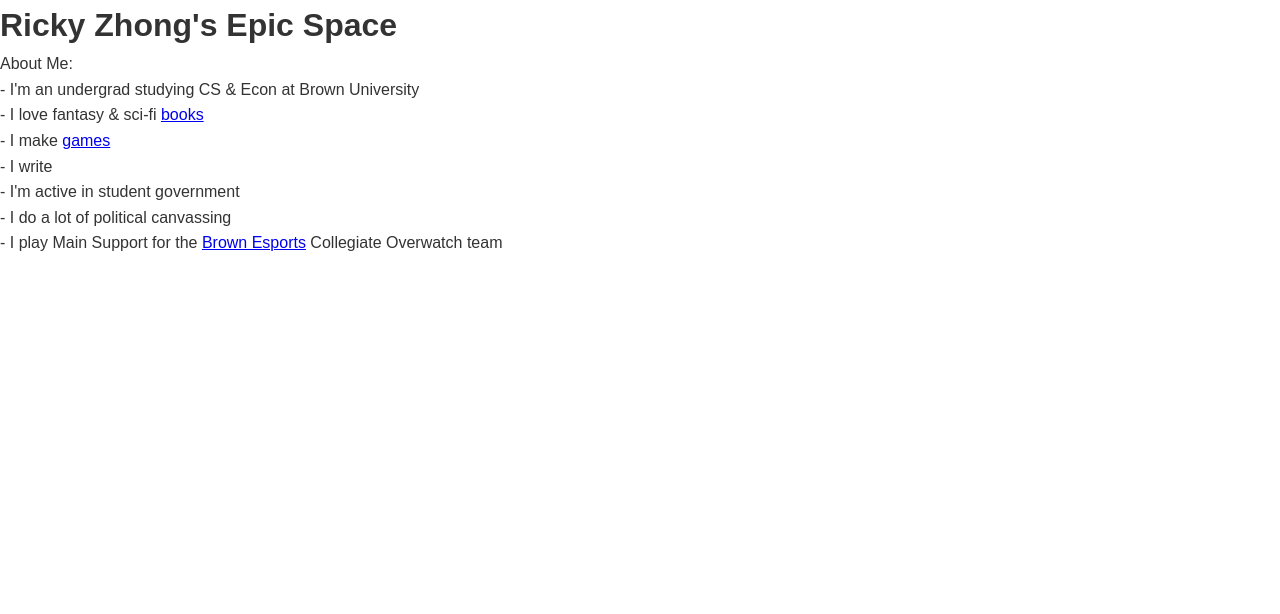
Repository: rickydaricky/rickydaricky.github.io
Page: index.html
An editor plug-in stored every save of this project. The page is shown before and after the next save, followed by the edit.
The browser window is 1280 px wide. The pictures show the whole page.

Above is the page before, as saved 2023-03-31 10:24:47.

After the next save:
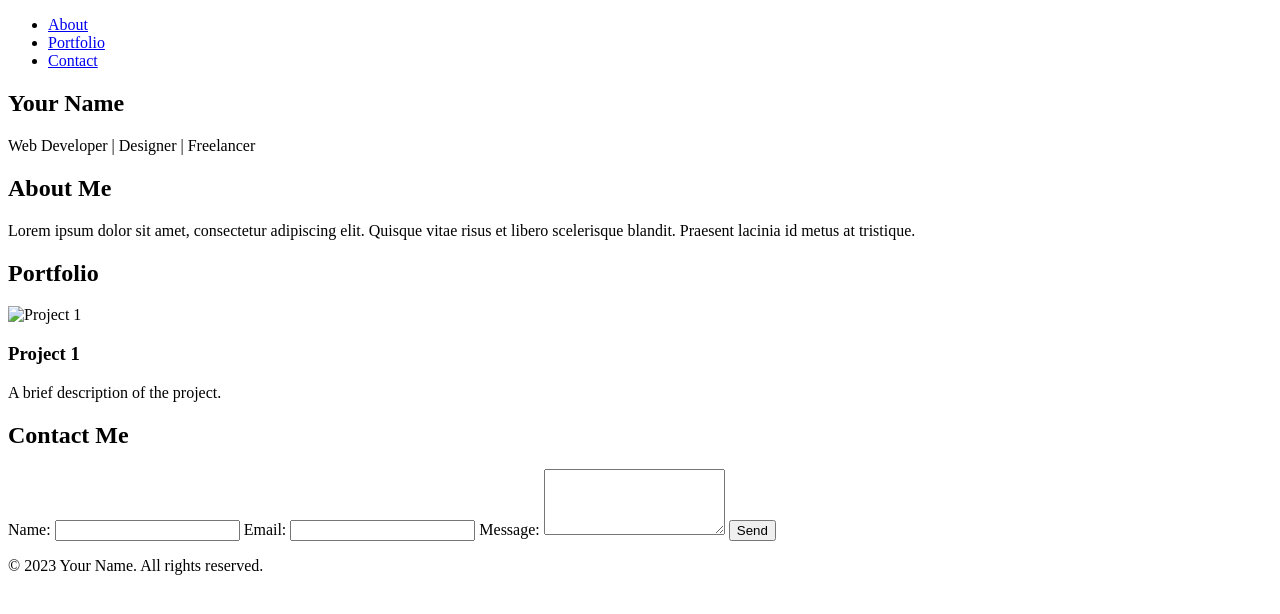
Not found: project1.jpg
Not found: styles.css
Saved 1 s later.
--- a/index.html
+++ b/index.html
@@ -1,4 +1,4 @@
-<!DOCTYPE html>
+<!-- <!DOCTYPE html>
 
 <head>
   <meta charset="UTF-8" />
@@ -33,4 +33,60 @@
       </p>
     </div>
   </body>
+</html> -->
+
+
+<!DOCTYPE html>
+<html lang="en">
+<head>
+  <meta charset="UTF-8">
+  <meta name="viewport" content="width=device-width, initial-scale=1.0">
+  <link rel="stylesheet" href="styles.css">
+  <title>Personal Website</title>
+</head>
+<body>
+  <header>
+    <nav>
+      <ul>
+        <li><a href="#about">About</a></li>
+        <li><a href="#portfolio">Portfolio</a></li>
+        <li><a href="#contact">Contact</a></li>
+      </ul>
+    </nav>
+  </header>
+  <main>
+    <section id="hero">
+      <h1>Your Name</h1>
+      <p>Web Developer | Designer | Freelancer</p>
+    </section>
+    <section id="about">
+      <h2>About Me</h2>
+      <p>Lorem ipsum dolor sit amet, consectetur adipiscing elit. Quisque vitae risus et libero scelerisque blandit. Praesent lacinia id metus at tristique.</p>
+    </section>
+    <section id="portfolio">
+      <h2>Portfolio</h2>
+      <div class="project">
+        <img src="project1.jpg" alt="Project 1">
+        <h3>Project 1</h3>
+        <p>A brief description of the project.</p>
+      </div>
+      <!-- Add more projects here -->
+    </section>
+    <section id="contact">
+      <h2>Contact Me</h2>
+      <form action="submit_form.php" method="post">
+        <label for="name">Name:</label>
+        <input type="text" id="name" name="name" required>
+        <label for="email">Email:</label>
+        <input type="email" id="email" name="email" required>
+        <label for="message">Message:</label>
+        <textarea id="message" name="message" rows="4" required></textarea>
+        <button type="submit">Send</button>
+      </form>
+    </section>
+  </main>
+  <footer>
+    <p>&copy; 2023 Your Name. All rights reserved.</p>
+  </footer>
+</body>
 </html>
